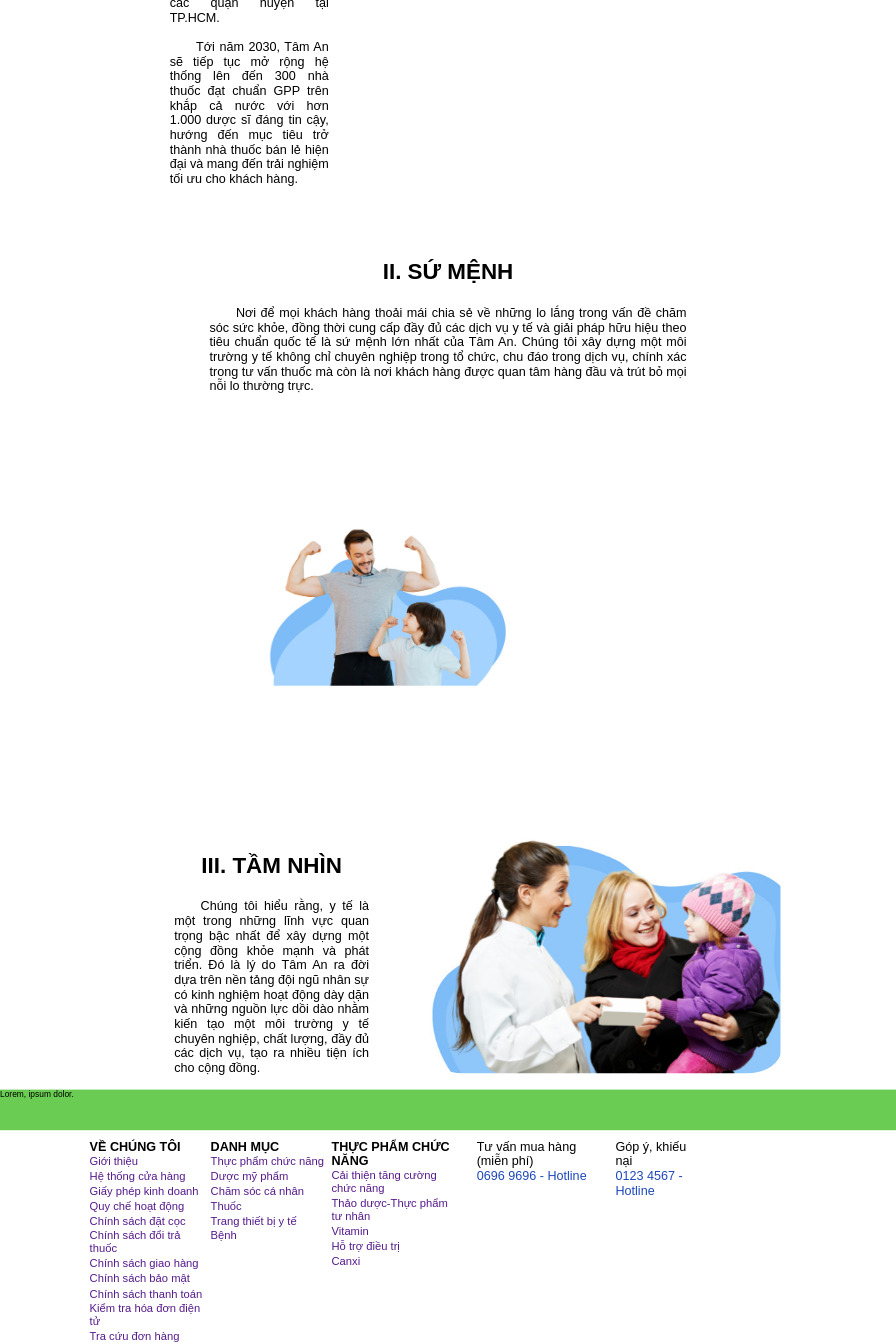
Repository: ViralAIWorks/TamAnPharmacy.github.io
Page: pages/thongtin.html
These files come from the project's save history. The page is drawn as it stood at one moment and after the next save; the edit follows.
The browser window is 1280 px wide. The pictures show the part of the page from y = 1041 to 2961 px (the page is 2961 px tall before and 2848 px after), at 70% of full size.
Some web fonts or font styles are not loaded; a fallback is used.

Above is the page before, as saved 2022-03-14 11:01:56.

After the next save:
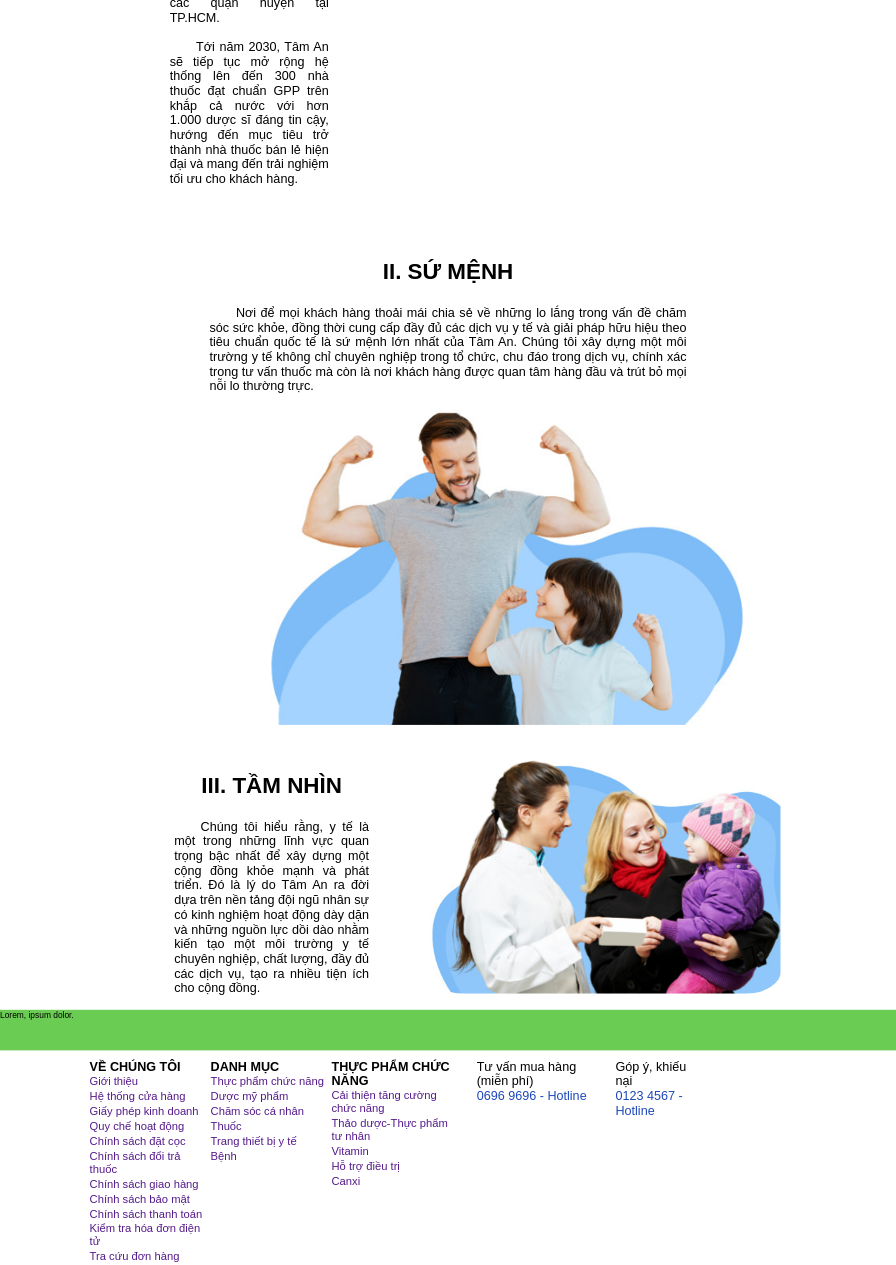
Saved 12 s later.
--- a/pages/style/style_cactrang.css
+++ b/pages/style/style_cactrang.css
@@ -203,7 +203,7 @@ main {
 #img3-position {
     text-align: center;
     width: 80%;
-    padding: 20%
+    margin-left: 20%
 }
 
 .img25-position {
